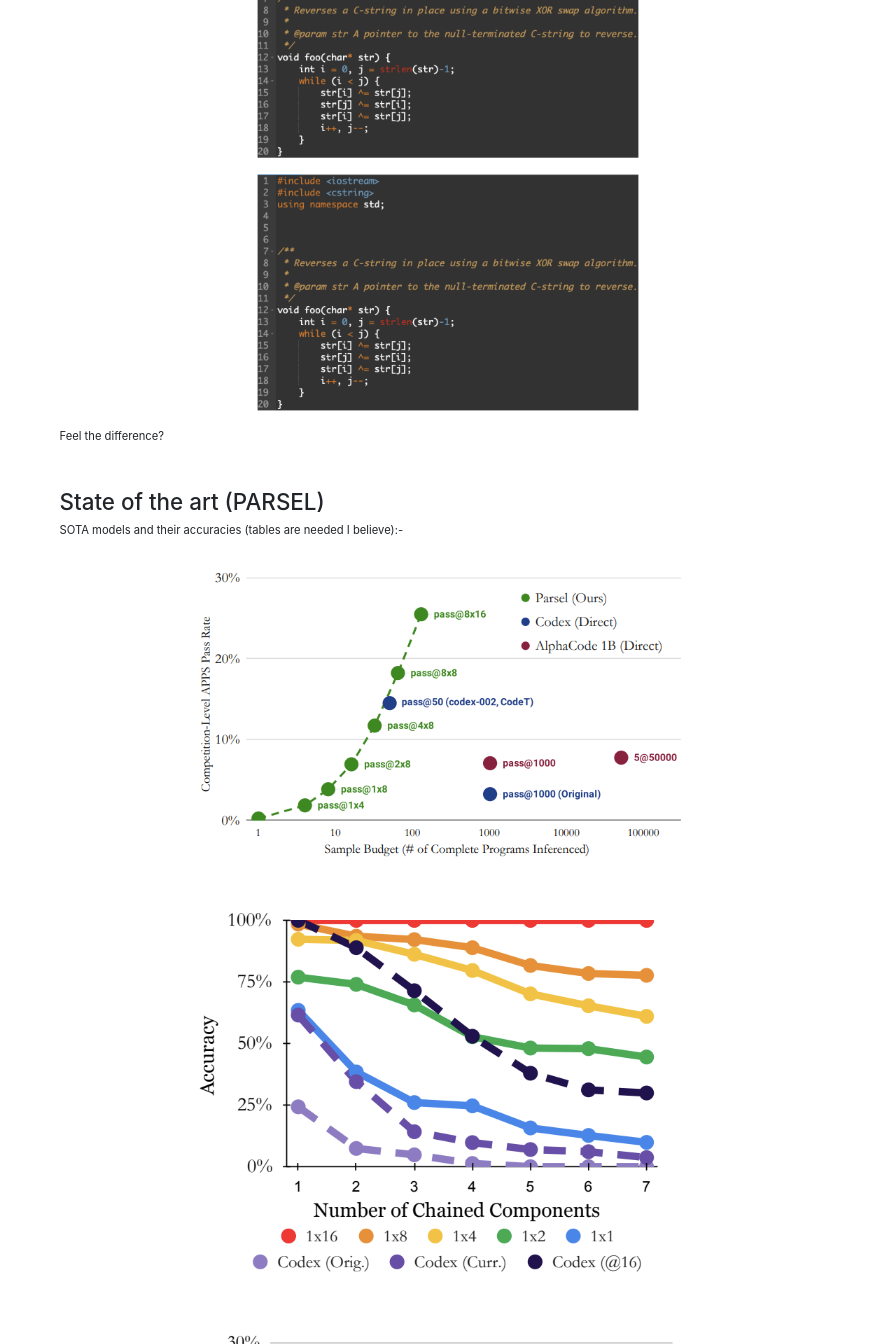
Repository: Shaalan-omar/ConcodePlus
Page: team-specific/index.html
The author's editor kept a copy of each file at every save. The page is drawn from the files as they stood at one save, then again after the next save.
The browser window is 1280 px wide. The pictures show the part of the page from y = 2475 to 4395 px (the page is 7440 px tall before and 7502 px after), at 70% of full size.

Above is the page before, as saved 2023-05-12 04:15:43.

After the next save:
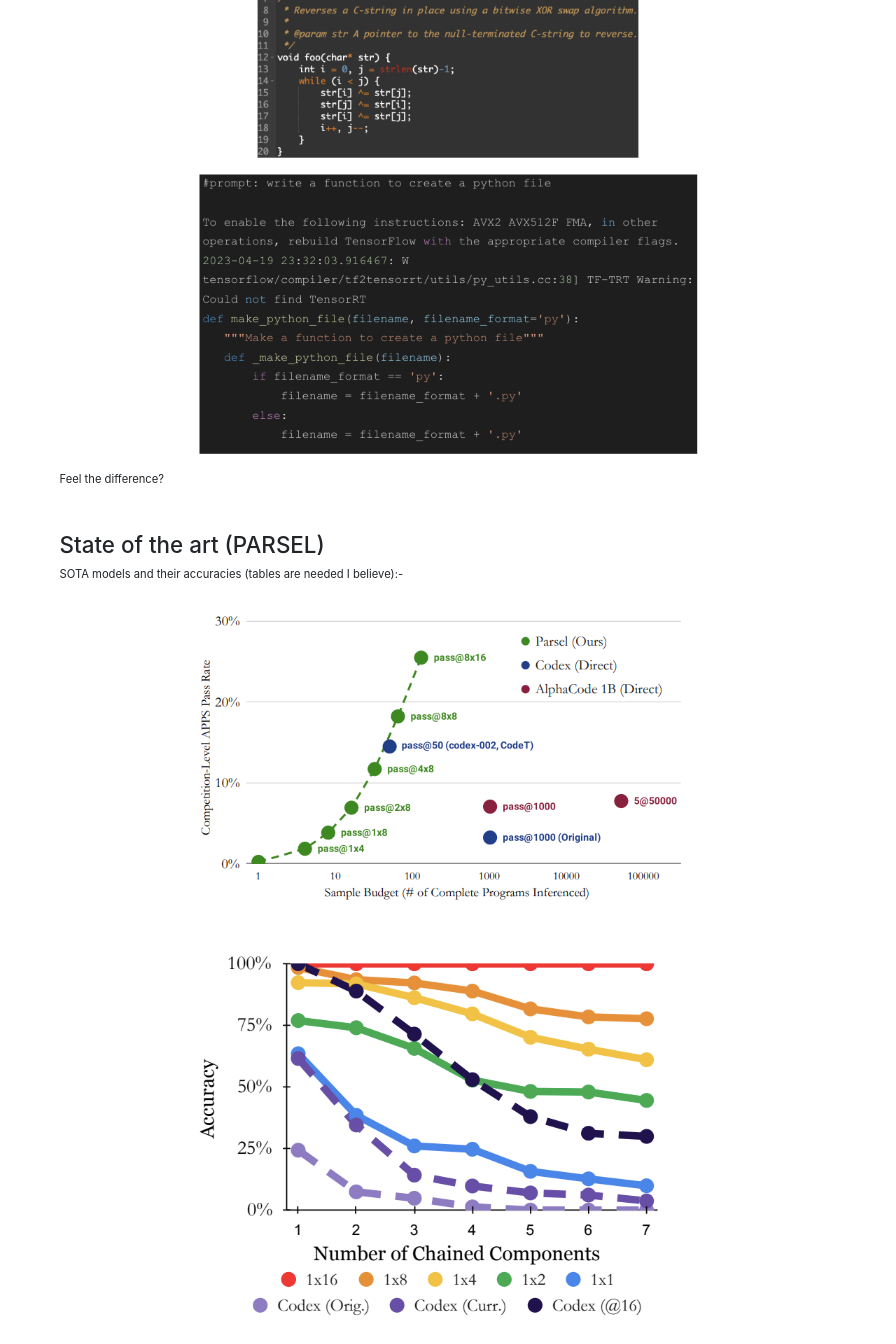
Saved 4 s later.
--- a/team-specific/index.html
+++ b/team-specific/index.html
@@ -120,7 +120,7 @@
 
       <br/> <!-- Empty Line before the image -->
 	    <div class="img-container" align="center"> <!-- Block parent element -->
-      		<img src="resources/images/Problem_Stat_2.png" class="img-fluid text-center">
+      		<img src="resources/images/output.png" class="img-fluid text-center">
     	</div>
     	<br/> <!-- Empty Line after the image -->
       </div>
